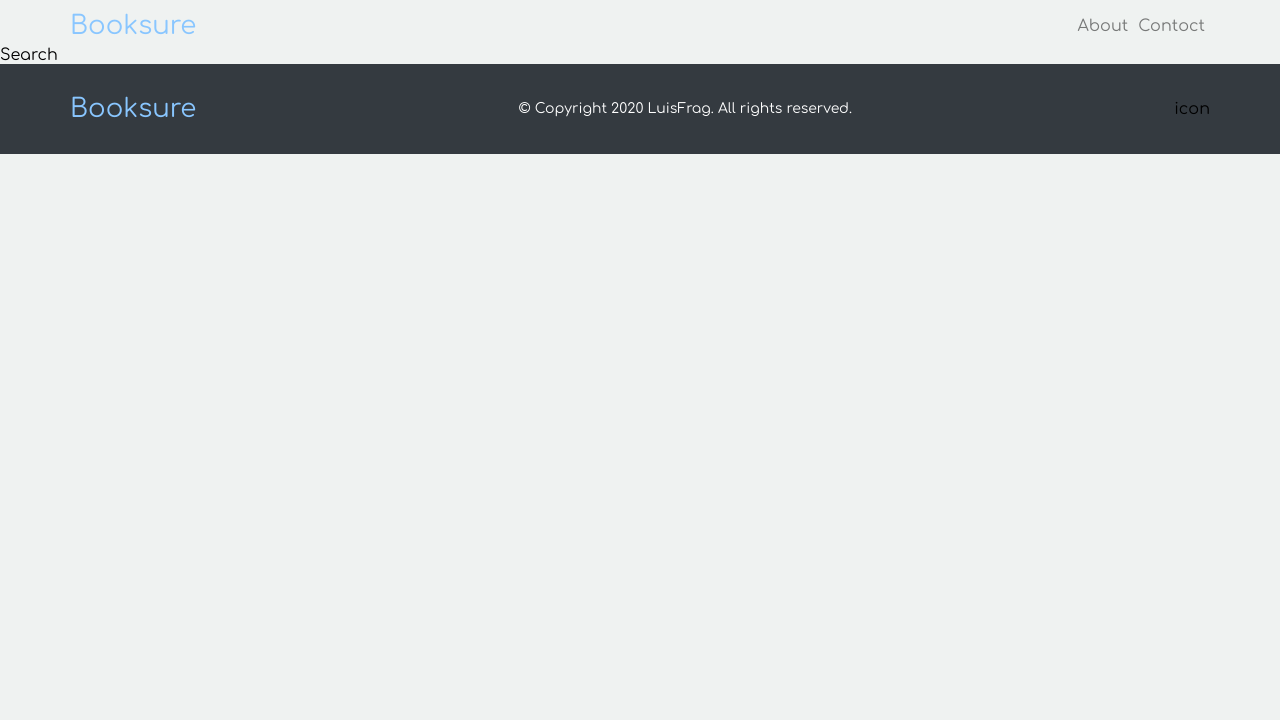
Repository: changesxxx/searchBooks
Page: /search
The author's editor kept a copy of each file at every save. The page is drawn from the files as they stood at one save, then again after the next save.
The browser window is 1280 px wide. The pictures show the whole page.
The project was rebuilt for these pictures with package versions that can differ from the ones it lists, and the page was loaded fresh each time. Also part of the build but not shown: craco.config.js.

Above is the page before, as saved 2024-06-24 17:35:32.

### public/index.html
<!DOCTYPE html>
<html lang="en">

<head>
  <meta charset="utf-8" />
  <link rel="icon" href="%PUBLIC_URL%/favicon.ico" />
  <meta name="viewport" content="width=device-width, initial-scale=1" />
  <meta name="theme-color" content="#000000" />
  <meta name="description" content="Web site created using create-react-app" />
  <link rel="apple-touch-icon" href="%PUBLIC_URL%/logo192.png" />
  <!--
      manifest.json provides metadata used when your web app is installed on a
      user's mobile device or desktop. See https://developers.google.com/web/fundamentals/web-app-manifest/
    -->
  <link rel="manifest" href="%PUBLIC_URL%/manifest.json" />
  <!--
      Notice the use of %PUBLIC_URL% in the tags above.
      It will be replaced with the URL of the `public` folder during the build.
      Only files inside the `public` folder can be referenced from the HTML.

      Unlike "/favicon.ico" or "favicon.ico", "%PUBLIC_URL%/favicon.ico" will
      work correctly both with client-side routing and a non-root public URL.
      Learn how to configure a non-root public URL by running `npm run build`.
    -->
  <title>SearchBooks</title>
</head>

<body>
  <noscript>You need to enable JavaScript to run this app.</noscript>
  <div id="root"></div>
  <!--
      This HTML file is a template.
      If you open it directly in the browser, you will see an empty page.

      You can add webfonts, meta tags, or analytics to this file.
      The build step will place the bundled scripts into the <body> tag.

      To begin the development, run `npm start` or `yarn start`.
      To create a production bundle, use `npm run build` or `yarn build`.
    -->
</body>

</html>

### src/index.js
import React from 'react'

import ReactDOM from 'react-dom/client'

//router
import { BrowserRouter } from 'react-router-dom'

//css重置
import 'normalize.css'
import '@/assets/css/index.css'

import App from './App.jsx'

const root = ReactDOM.createRoot(document.getElementById('root'))

root.render(
  <BrowserRouter>
    <App />
  </BrowserRouter>,
)

### src/assets/css/index.css
@import './reset.css';
@import './common.css';

### src/App.jsx
import React, { memo, useEffect, useState, Suspense } from 'react'
import { useRoutes, useLocation } from 'react-router-dom'
import routes from '@/router'

import PageHeader from './components/pageHeader/PageHeader'
import PageFooter from './components/pageFooter/PageFooter'

const App = memo(() => {
  const [flag, setFlag] = useState(true)

  const location = useLocation()

  useEffect(() => {
    const isExistence = routes.some((route) => location.pathname === route.path)
    setFlag(isExistence)
  }, [location])

  return (
    <Suspense>
      <div style={{ display: 'flex', flexDirection: 'column' }}>
        {flag && <PageHeader></PageHeader>}
        {useRoutes(routes)}
        {flag && <PageFooter></PageFooter>}
      </div>
    </Suspense>
  )
})

export default App

### src/assets/css/reset.css
/* 样式的重置 */
body,
html,
h1,
h2,
h3,
h4,
h5,
h6,
ul,
ol,
li,
dl,
dt,
dd,
header,
menu,
section,
p,
input,
td,
th,
ins {
  padding: 0;
  margin: 0;
}

ul,
ol,
li {
  list-style: none;
}

a {
  text-decoration: none;
  color: #666;
}

a:hover {
  color: #666;
  text-decoration: underline;
}

i,
em {
  font-style: normal;
}

input,
textarea,
button,
select,
a {
  outline: none;
  border: none;
}

table {
  border-collapse: collapse;
  border-spacing: 0;
}

img {
  border: none;
  vertical-align: middle;
}

### src/assets/css/common.css
body {
  background-color: #eff2f1;
  font-family: Comfortaa-Regular;
}

@font-face {
  font-family: Comfoorta-Bold;
  src: url('../font/Comfortaa-Bold.ttf');
}

@font-face {
  font-family: Comfortaa-Regular;
  src: url('../font/Comfortaa-Regular.ttf');
}

@font-face {
  font-family: Comfortaa-Light;
  src: url('../font/Comfortaa-Light.ttf');
}

.content_mid {
  width: 1140px;
  margin: 0 auto;
}

### src/router/index.js
import React from 'react'
import { Navigate } from 'react-router-dom'

//组件
const Home = React.lazy(() => import('@/view/home/Home'))
const Search = React.lazy(() => import('@/view/search/Search'))
const Error = React.lazy(() => import('@/view/error/Error'))

const routes = [
  {
    path: '/',
    element: <Navigate to="/home"></Navigate>,
  },
  {
    path: '/home',
    element: <Home />,
  },
  {
    path: '/search',
    element: <Search />,
  },
  {
    path: '*',
    element: <Error />,
  },
]

export default routes

### src/components/pageHeader/PageHeader.jsx
import React, { memo } from 'react'

import { useNavigate } from 'react-router-dom'

import HeaderWrapper from './style'

const PageHeader = memo(() => {
  const navigate = useNavigate()

  function goHome() {
    navigate('/home')
  }

  return (
    <HeaderWrapper className="content_mid">
      <div
        className="title"
        onClick={() => {
          goHome()
        }}
        style={{ cursor: 'pointer' }}
      >
        Booksure
      </div>
      <div className="other">
        <div className="item">About</div>
        <div className="item">Contoct</div>
      </div>
    </HeaderWrapper>
  )
})

export default PageHeader

### src/components/pageFooter/PageFooter.jsx
import React, { memo } from 'react'

import FooterWrapper from './style'

const PageFooter = memo(() => {
  return (
    <FooterWrapper>
      <div className="content_mid content ">
        <div className="title">Booksure</div>
        <div className="text">
          © Copyright 2020 LuisFrag. All rights reserved.
        </div>
        <div className="icon">icon</div>
      </div>
    </FooterWrapper>
  )
})

export default PageFooter

### src/view/search/Search.jsx
import React, { memo } from 'react'

import SearchWrapper from './style'

const Search = memo(() => {
  return <SearchWrapper>Search</SearchWrapper>
})

export default Search

### src/components/pageHeader/style.js
import { styled } from 'styled-components'

const HeaderWrapper = styled.div`
  display: flex;
  justify-content: space-between;
  height: 40px;
  margin-top: 6px;
  padding: 0 15px;

  .title {
    display: flex;
    height: 100%;
    align-items: center;

    font-size: 26px;
    color: #89c6ff;
  }

  .other {
    display: flex;
    height: 100%;

    align-items: center;

    .item {
      margin: 0 5px;
      color: rgba(0, 0, 0, 0.5);
    }
  }
`
export default HeaderWrapper

### src/components/pageFooter/style.js
import { styled } from 'styled-components'

const FooterWrapper = styled.div`
  height: 90px;
  background-color: #343a40;

  .content {
    display: flex;
    height: 100%;
    justify-content: space-between;

    align-items: center;

    .title {
      font-size: 26px;
      color: #89c6ff;
    }

    .text {
      font-size: 14px;
      color: #fff;
    }
  }
`

export default FooterWrapper

### src/view/search/style.js
import { styled } from 'styled-components'

const searchWrapper = styled.div`
  flex: 1;
`

export default searchWrapper

After the next save:
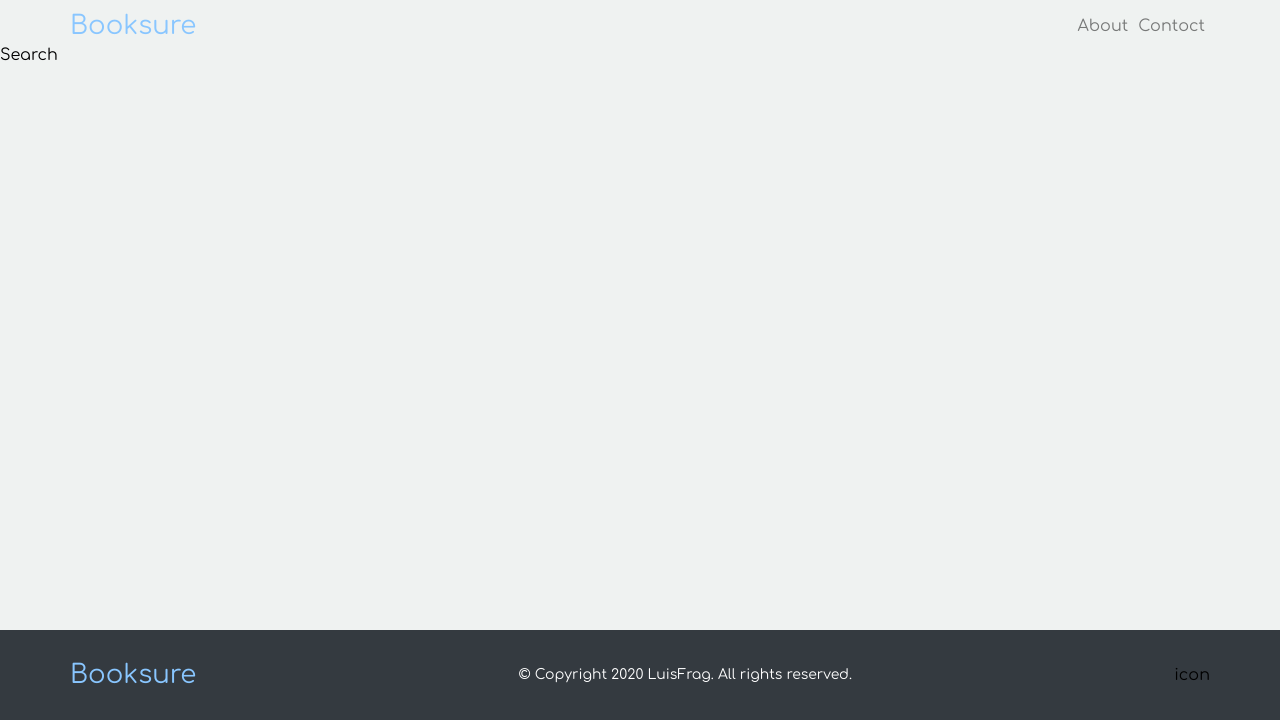
Saved 24 s later.
--- a/src/App.jsx
+++ b/src/App.jsx
@@ -17,7 +17,9 @@ const App = memo(() => {
 
   return (
     <Suspense>
-      <div style={{ display: 'flex', flexDirection: 'column' }}>
+      <div
+        style={{ display: 'flex', flexDirection: 'column', height: '100vh' }}
+      >
         {flag && <PageHeader></PageHeader>}
         {useRoutes(routes)}
         {flag && <PageFooter></PageFooter>}
